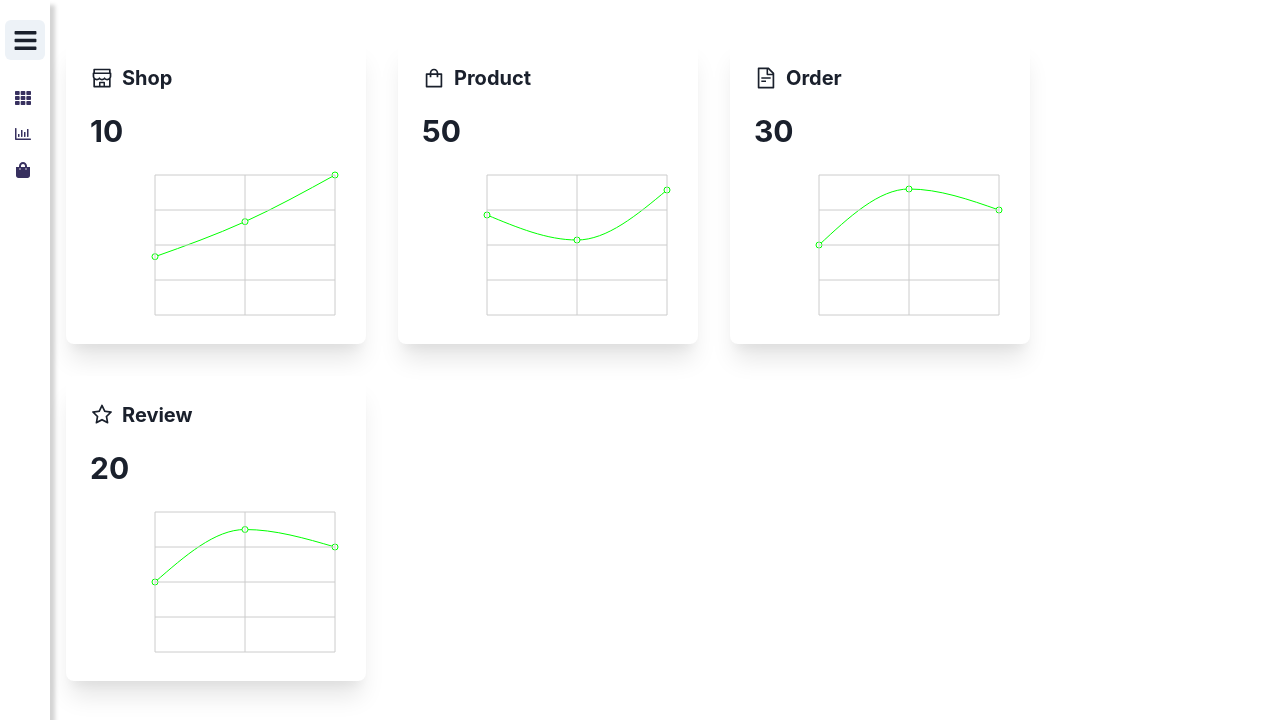
Repository: Andarg01/chakra-dashboard
Page: /analytics
These files come from the project's save history. The page is drawn as it stood at one moment and after the next save; the edit follows.
The browser window is 1280 px wide. The pictures show the whole page.
The project was rebuilt for these pictures with package versions that can differ from the ones it lists, and the page was loaded fresh each time. Also part of the build but not shown: src/components/ProductModal.tsx, src/components/ProductTable.tsx, src/pages/ProductList.tsx, src/components/Dashboard.tsx.

Above is the page before, as saved 2024-03-12 02:34:45.

After the next save:
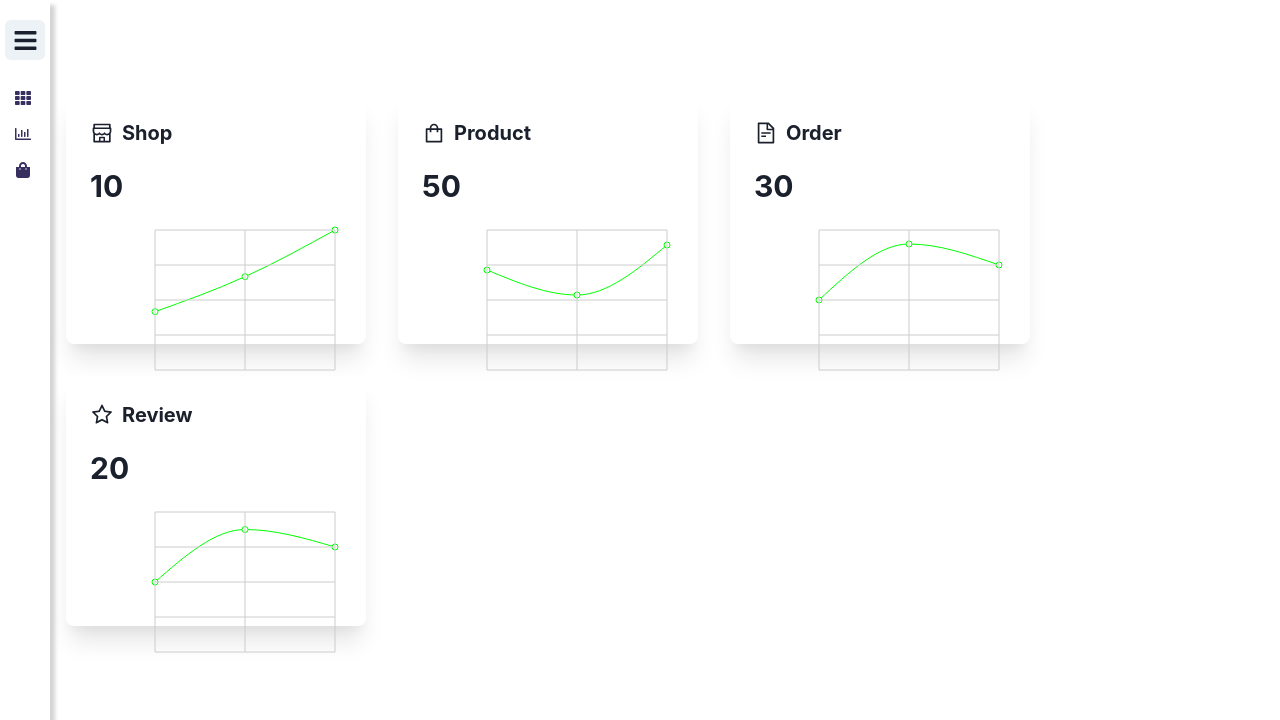
Saved 55 s later.
--- a/src/pages/Analytics.tsx
+++ b/src/pages/Analytics.tsx
@@ -29,7 +29,7 @@
       borderRadius="lg"
       boxShadow="xl"
       width="300px"
-      height="calc(100% / 2)" // Set height to one-third of the original height
+      height="250px" // Set height to one-third of the original height
       display="flex"
       flexDirection="column"
       margin="4"

After the save that followed:
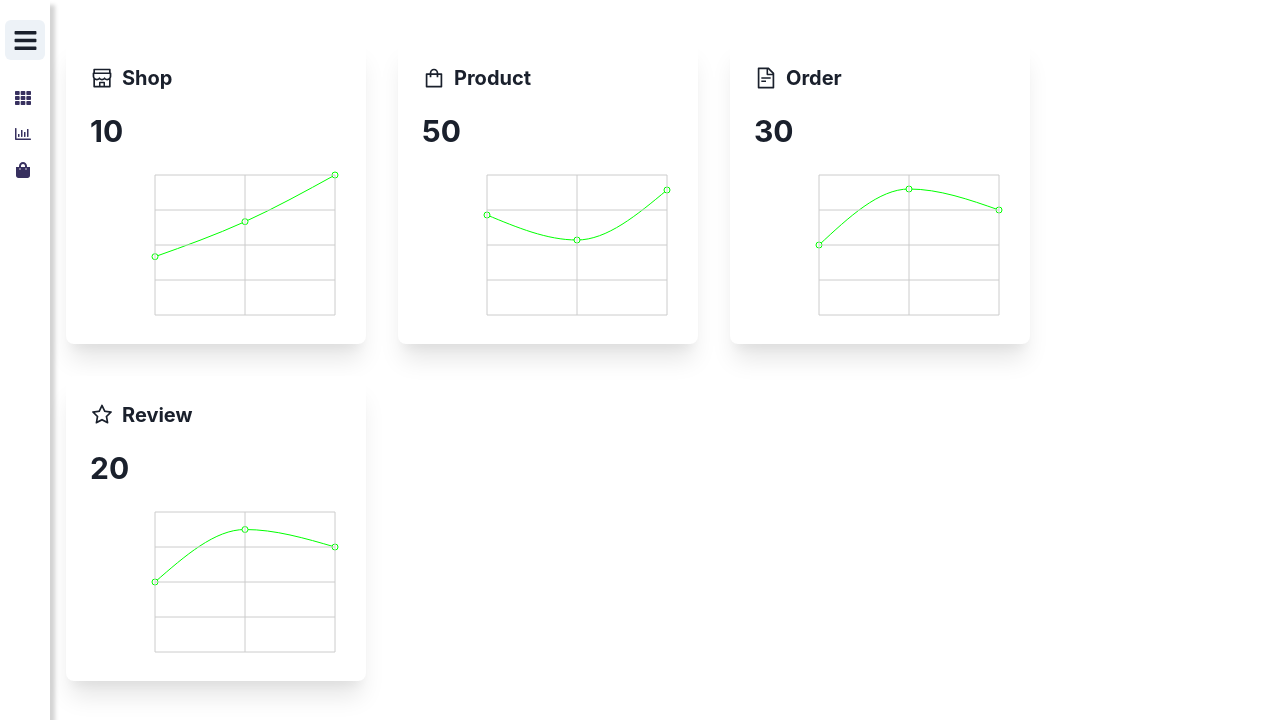
Saved 83 s later.
--- a/src/pages/Analytics.tsx
+++ b/src/pages/Analytics.tsx
@@ -1,4 +1,3 @@
-
 // FullAnalyticsPage.tsx
 import React from 'react';
 import { Box, Text, Flex, useColorModeValue } from '@chakra-ui/react';
@@ -29,7 +28,7 @@
       borderRadius="lg"
       boxShadow="xl"
       width="300px"
-      height="250px" // Set height to one-third of the original height
+      height="calc(100% / 3)" // Set height to one-third of the original height
       display="flex"
       flexDirection="column"
       margin="4"
